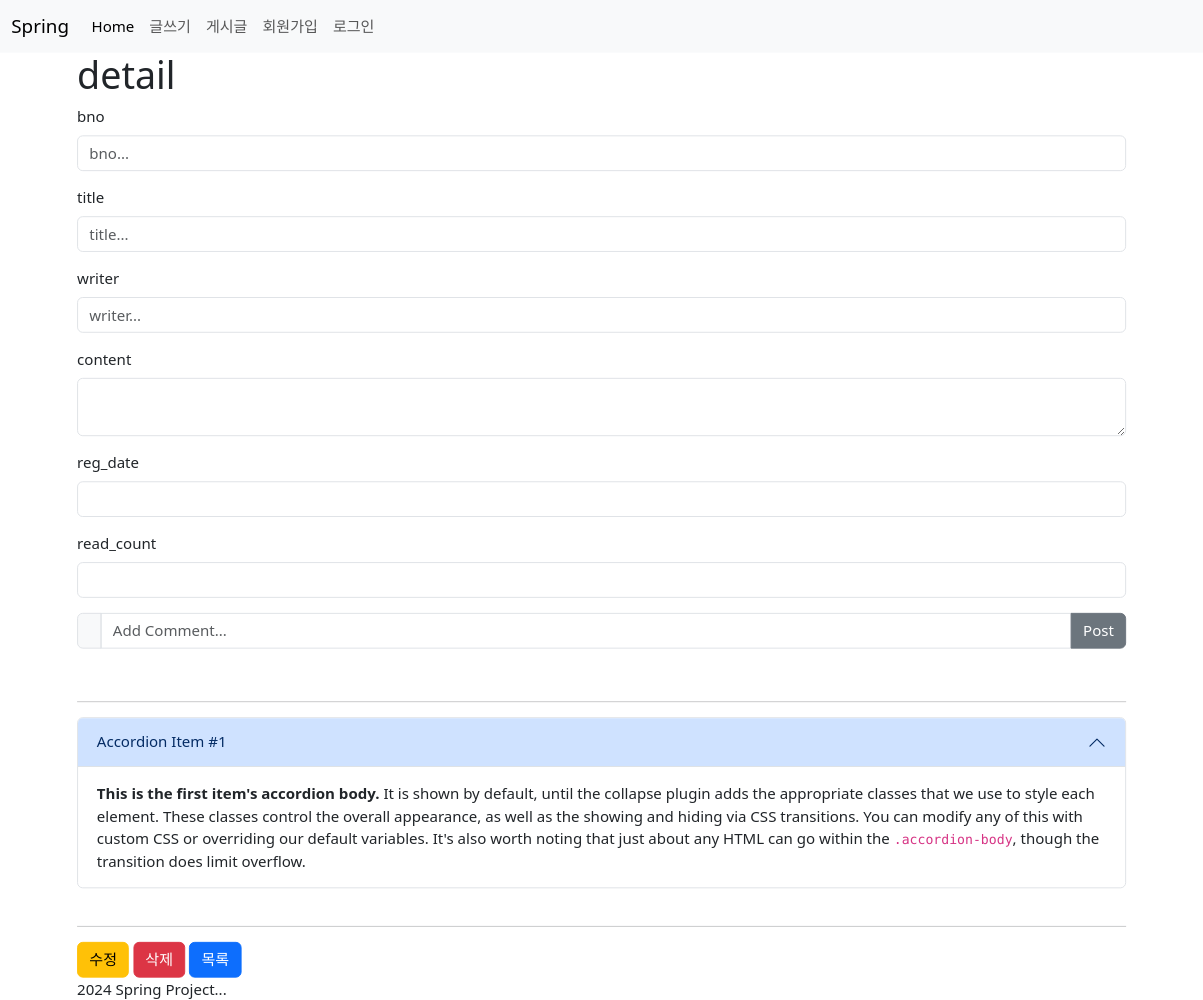
Repository: dlwpsdlwps/springTest240430
Page: http://localhost/spring_study/WEB-INF/views/board/detail.jsp
An editor plug-in stored every save of this project. The page is shown before and after the next save, followed by the edit.
The browser window is 1280 px wide. The pictures show the whole page, at 94% of full size.
The page is served by Tomcat 9. Nobody is signed in. The template is opened directly, without the code that normally fills it, so the values that code supplies are empty.

Above is the page before, as saved 2024-04-26 02:47:25.

### spring_study/src/main/webapp/WEB-INF/views/board/detail.jsp
<%@ page language="java" contentType="text/html; charset=UTF-8"
    pageEncoding="UTF-8"%>
    <jsp:include page="../layout/header.jsp" />
	<div class="container-md">
	<h1>detail</h1>
		<div class="mb-3">
		  <label for="n" class="form-label">bno</label>
		  <input type="text" class="form-control" name="bno" id="n" value="${bvo.bno }" placeholder="bno..." readonly="readonly">
		</div>
		<div class="mb-3">
		  <label for="t" class="form-label">title</label>
		  <input type="text" class="form-control" name="title" id="t" value="${bvo.title }" placeholder="title..." readonly="readonly">
		</div>
		<div class="mb-3">
		  <label for="w" class="form-label">writer</label>
		  <input type="text" class="form-control" name="writer" id="w" value="${bvo.writer }" placeholder="writer..." readonly="readonly">
		</div>
		<div class="mb-3">
		  <label for="c" class="form-label">content</label>
		  <textarea class="form-control" name="content" id="c" aria-label="With textarea" readonly="readonly">${bvo.content }</textarea>
		</div>
		<div class="mb-3">
		  <label for="r" class="form-label">reg_date</label>
		  <input type="text" class="form-control" name="reg_date" id="r" value="${bvo.reg_date }" readonly="readonly">
		</div>
		<div class="mb-3">
		  <label for="rc" class="form-label">read_count</label>
		  <input type="text" class="form-control" name="read_count" id="rc" value="${bvo.read_count }" readonly="readonly">
		</div>

		<!-- Comment 라인 -->
		<!-- 댓글 등록 라인 -->
		<div class="input-group mb-3">
			<span class="input-group-text" id="cmtWriter">${ses.id }</span>
			<input type="text" id="cmtText" class="form-control" placeholder="Add Comment..." aria-label="Username" aria-describedby="basic-addon1">
			<button type="button" id="cmtAddBtn" class="btn btn-secondary">Post</button>
		</div>
		<br>
		<hr>

		<!-- 댓글 출력 라인 -->
		<div class="accordion" id="accordionExample">
		  <div class="accordion-item">
		    <h2 class="accordion-header">
		      <button class="accordion-button" type="button" data-bs-toggle="collapse" data-bs-target="#collapseOne" aria-expanded="true" aria-controls="collapseOne">
		        Accordion Item #1
		      </button>
		    </h2>
		    <div id="collapseOne" class="accordion-collapse collapse show" data-bs-parent="#accordionExample">
		      <div class="accordion-body">
		        <strong>This is the first item's accordion body.</strong> It is shown by default, until the collapse plugin adds the appropriate classes that we use to style each element. These classes control the overall appearance, as well as the showing and hiding via CSS transitions. You can modify any of this with custom CSS or overriding our default variables. It's also worth noting that just about any HTML can go within the <code>.accordion-body</code>, though the transition does limit overflow.
		      </div>
		    </div>
		  </div>
		</div>
		<br>
		<hr>

		<a href="/board/modify?bno=${bvo.bno }"><button type="button" class="btn btn-warning">수정</button></a>
		<a href="/board/delete?bno=${bvo.bno }"><button type="button" class="btn btn-danger">삭제</button></a>
		<a href="/board/list"><button type="button" class="btn btn-primary">목록</button></a>
	</div>
	<jsp:include page="../layout/footer.jsp" />
</html>

### spring_study/src/main/webapp/WEB-INF/views/layout/header.jsp
<%@ page language="java" contentType="text/html; charset=UTF-8"
    pageEncoding="UTF-8"%>
<%@ taglib uri="http://java.sun.com/jsp/jstl/core" prefix="c" %>
<!DOCTYPE html>
<html>
<head>
<meta charset="UTF-8">
<title>header.jsp</title>
<link href="https://cdn.jsdelivr.net/npm/bootstrap@5.3.3/dist/css/bootstrap.min.css" rel="stylesheet" integrity="sha384-QWTKZyjpPEjISv5WaRU9OFeRpok6YctnYmDr5pNlyT2bRjXh0JMhjY6hW+ALEwIH" crossorigin="anonymous">
<script src="https://cdn.jsdelivr.net/npm/bootstrap@5.3.3/dist/js/bootstrap.bundle.min.js" integrity="sha384-YvpcrYf0tY3lHB60NNkmXc5s9fDVZLESaAA55NDzOxhy9GkcIdslK1eN7N6jIeHz" crossorigin="anonymous"></script>
</head>
<body>
<nav class="navbar navbar-expand-lg bg-body-tertiary">
  <div class="container-fluid">
    <a class="navbar-brand" href="/">Spring</a>
    <button class="navbar-toggler" type="button" data-bs-toggle="collapse" data-bs-target="#navbarSupportedContent" aria-controls="navbarSupportedContent" aria-expanded="false" aria-label="Toggle navigation">
      <span class="navbar-toggler-icon"></span>
    </button>
    <div class="collapse navbar-collapse" id="navbarSupportedContent">
      <ul class="navbar-nav me-auto mb-2 mb-lg-0">
        <li class="nav-item">
          <a class="nav-link active" aria-current="page" href="/">Home</a>
        </li>
        <li class="nav-item">
          <a class="nav-link" href="/board/register">글쓰기</a>
        </li>
        <li class="nav-item">
          <a class="nav-link" href="/board/list">게시글</a>
        </li>
        <li class="nav-item">
          <a class="nav-link" href="/member/register">회원가입</a>
        </li>
		<c:if test="${ses.id == null }">
	       	<li class="nav-item">
	       		<a class="nav-link" href="/member/login">로그인</a>
	       	</li>
       	</c:if>
		<c:if test="${ses.id != null }">
			<li class="nav-item">
				<a class="nav-link" href="/member/logout">로그아웃</a>
			</li>
		</c:if>
		<c:if test="${ses.id != null }">
	       	<li class="nav-item">
	       		<a class="nav-link" href="/member/modify">${ses.id }(${ses.email }) welcome</a>
	       	</li>
       	</c:if>
      </ul>
    </div>
  </div>
</nav>

### spring_study/src/main/webapp/WEB-INF/views/layout/footer.jsp
<%@ page language="java" contentType="text/html; charset=UTF-8"
    pageEncoding="UTF-8"%>
<div class="container-md">
	2024 Spring Project...
</div>

</body>
</html>

After the next save:
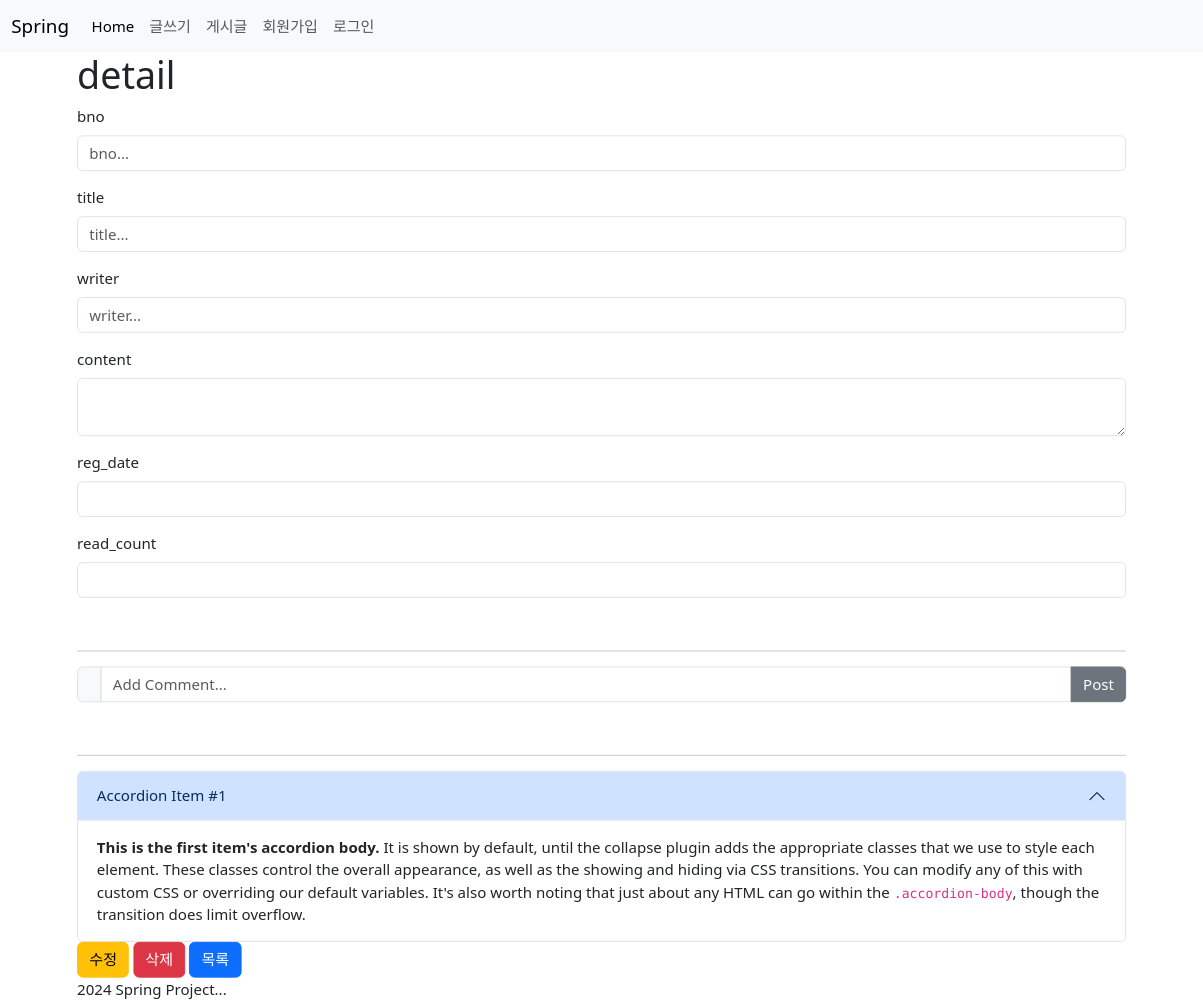
Saved 24 s later.
--- a/spring_study/src/main/webapp/WEB-INF/views/board/detail.jsp
+++ b/spring_study/src/main/webapp/WEB-INF/views/board/detail.jsp
@@ -30,6 +30,8 @@
 
 		<!-- Comment 라인 -->
 		<!-- 댓글 등록 라인 -->
+		<br>
+		<hr>
 		<div class="input-group mb-3">
 			<span class="input-group-text" id="cmtWriter">${ses.id }</span>
 			<input type="text" id="cmtText" class="form-control" placeholder="Add Comment..." aria-label="Username" aria-describedby="basic-addon1">
@@ -53,8 +55,6 @@
 		    </div>
 		  </div>
 		</div>
-		<br>
-		<hr>
 
 		<a href="/board/modify?bno=${bvo.bno }"><button type="button" class="btn btn-warning">수정</button></a>
 		<a href="/board/delete?bno=${bvo.bno }"><button type="button" class="btn btn-danger">삭제</button></a>
